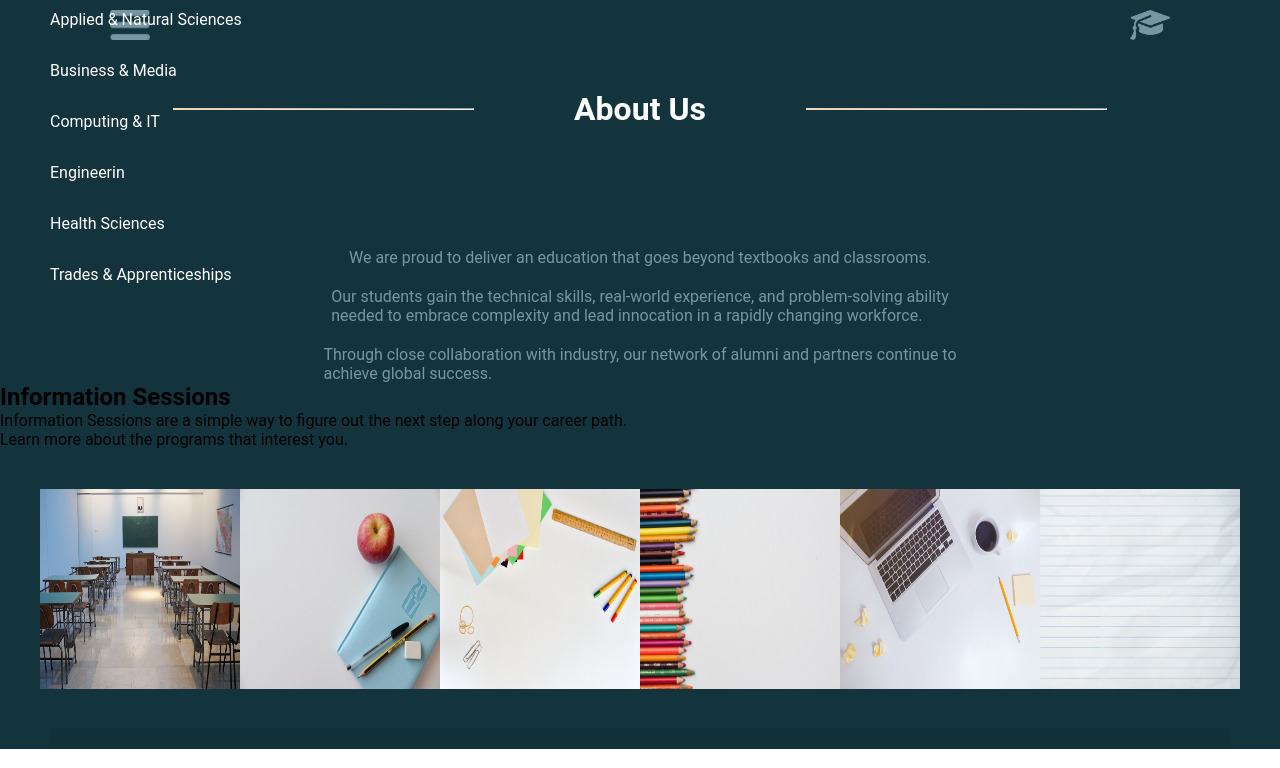
Repository: Sheraliramzan/Aly_A01253508_Assignment1
Page: /about
An editor plug-in stored every save of this project. The page is shown before and after the next save, followed by the edit.
The browser window is 1280 px wide. The pictures show the whole page.
The project was rebuilt for these pictures with package versions that can differ from the ones it lists, and the page was loaded fresh each time. The framework's server and built-in components were replaced by stand-ins that run in the browser. Also part of the build but not shown: next.config.js.

Above is the page before, as saved 2023-02-05 08:49:02.

### pages/about.js
import Head from 'next/head'
import Image from 'next/image'
import styles from '../styles/Home.module.css'
import dynamic from "next/dynamic";
import Nav from '../comp/nav/nav';


const About = () => {
  return (
    <>
      <Head>
        <title>About Us</title>
        <meta name="author" content="MDIA 2109" />
        <meta property="og:title" content= 'Assignment #1 - About Us Page'/>
        <meta property="og:description" content= "BCIT Digital Design and Development Diploma"/>
        <meta name="viewport" content="width=device-width, initial-scale=1" />
        <link rel="icon" href="/favicon.png" />
      </Head>
      <main className={styles.main}>
        <div className="aboutcont">
          <Nav/>
          <div>
              <div className='headcont1'>
                <hr className='hori'></hr>
                <h1 className='header'>About Us</h1>
                <hr className='hori1'></hr>
              </div>
              <div className='paracont'>
                <p className='para2'> We are proud to deliver an education that goes beyond textbooks
                  and classrooms.</p>
                <p className='para2'> Our students gain the technical skills, real-world experience,
                  and problem-solving ability <br /> needed to embrace complexity
                  and lead innocation in a rapidly changing workforce.</p>
                <p className='para2'>Through close collaboration with industry, our network of alumni
                  and partners continue to <br /> achieve global success.</p>
              </div>
                <h2 className='header2'> Information Sessions</h2>
                <p className='para3'> Information Sessions are a simple way to figure out the next
                  step along your career path. <br /> Learn more about the
                programs that interest you.</p>
              <p></p>
              <p></p>
              <p></p>
              <h2></h2>
              <h3></h3>
          </div>
          <div>
            <div id="carouselImage">
                <Image src={"/0.jpg"} width={200} height={200}></Image>
                <Image src={"/1.jpg"} width={200} height={200}></Image>
                <Image src={"/2.jpg"} width={200} height={200}></Image>
                <Image src={"/3.jpg"} width={200} height={200}></Image>
                <Image src={"/4.jpg"} width={200} height={200}></Image>
                <Image src={"/5.jpg"} width={200} height={200}></Image>
            </div >
                  <div id="testOnImageHere">
                    <ul >
                      <li>Applied & Natural Sciences</li>
                      <li>Business & Media</li>
                      <li>Computing & IT</li>
                      <li>Engineerin</li>
                      <li>Health Sciences</li>
                      <li>Trades & Apprenticeships</li>
                    </ul>
                  </div>
          </div>
        </div>
        <a>
            <span>
                <img></img>
                <img></img>
            </span>
        </a>
      </main>
    </>
  )
}
export default dynamic (() => Promise.resolve(About), {ssr: false})

### styles/globals.css


* {
  box-sizing: border-box;
  padding: 0;
  margin: 0;
}

html,
body {
  margin: 0;
  padding: 0;
  font-family: "Roboto", sans-serif;
  scrollbar-width: none;

}
.menuimg{
  margin-left: 100px;
}
.gardimg{
  margin-right: 100px;
}
.navcont {
  display: flex;
  align-items: center;
  justify-content: space-between;
  padding: 10px;
}
.menucont{
  position: absolute;
  top: 0rem;
  left: 4rem;
}
a{
  color: var(--primary-color);
  text-decoration: none;
}

ul {
  display: flex;
  flex-direction: column;
  position: absolute;
  top: 10px;
  left: 50px;
  gap: 2rem;
  text-decoration: none;
}

ul > li {
  list-style-type: none;
  text-decoration: none;
  color: var(--primary-color);
}
.listcont{
  position: absolute;
  display: flex;
  align-items: flex-start;
  left: 3rem;
  top: 3rem;
}

.btncont {
  display: flex;
}

.close {
  background-color: transparent;
  border: none;
  font-size: larger;
  color: var(--primary-color);
}

.fullcont{
  width: 100vw;
  height: 100vh;
  background-image: url("/background-images/backgroundMountain.jpg");
  background-size: cover;
}
.but1{
  margin: 2px;
  padding: 5px 15px;
  background: none;
  border: 1px solid var(--primary-color);
  border-radius: 5px;
  color:var(--primary-color) ;
}
.butcont{
 margin-left: 250px;
}

.but1:hover{
  background-color: var( --primary-color);
  color: var(--quinary-color);
}
.downarrow{
  position: relative;
  left: 650px;
  top:50px;
}
.headcont{
  display: flex;
  flex-direction: column;
  width: 25%;
  margin-top: 320px;
  margin-left: 250px;
}
.headhome{
  color: var(--primary-color);
  font-size: 25px;
  margin-bottom: 10px;
}
.horidiv{
  width: 60%;
  border: 1px solid var(--secondary-color);
  margin-bottom: 10px;
}
.para1{
  color: var(--primary-color);
  font-size:12px;
  width: 100%;
  opacity: 0.8;
}
.aboutcont{
  width: 100%;
  background-color: var( --quaternary-color);
  justify-content: center;
}
.hori{
  border-left: 300px solid var(--secondary-color);
  width: 100px;
  height: 1px;
  margin-right: 100px;
}
.hori1{
  border-left: 300px solid var(--secondary-color);
  width: 100px;
  height: 1px;
  margin-left: 100px;
}
.headcont1{
  text-align: center;
  margin-top: 40px;
  display: flex;
  justify-content: center;
  align-items: center;
}
.header{
  color: var(--primary-color);
}
.paracont{
  display: flex;
  flex-direction: column;
  color: var(--ternary-color);
  justify-content: center;
  align-items: center;
  margin-top: 100px;

}
.para2{
  margin-top: 20px;
}
.head2{
  display: flex;
  flex-direction: column;
  align-items: center;
}
#carouselImage{
  height: 200px;
  background-repeat: no-repeat;
  background-size: cover;
  display: flex;
  justify-content: center;
  align-items: center;
  margin: 40px 0px;
}
#testOnImageHere{
  background-color: rgba(16, 46, 53, 0.5);
  padding: 10px;
  margin: 0px 50px;
}

### styles/variables.css
:root{
    --primary-color:#fff;
    --secondary-color:#f4d6b9;
    --ternary-color: #7796a4;
    --quaternary-color:#14343d;
    --quinary-color:rgba(16,46,53,0.5);
}

### styles/Home.module.css
.main {
  display: flex;
  flex-direction: column;
  justify-content: space-between;
  align-items: center;
}

### comp/nav/nav.js
import Head from 'next/head'
import Image from 'next/image'
import { useState } from 'react'
import { useRouter } from 'next/router'
import Link from 'next/link'

export default function Nav(){
    const [isMenuOpen, setIsMenuOpen] = useState(false);
  const handleClick = () => {
    setIsMenuOpen(!isMenuOpen);
  };
  const router = useRouter();
    return (
    <>
        <div className="navcont">
              <Image alt='menu' className='menuimg'
                src={"/icons/menu-icon.png"}
                width={40}
                height={30}
                onClick={handleClick}
              />
              <Image alt='grad' className='gardimg' src={"/icons/graduation-hat.png"} width={40} height={30} />
          </div>
          {isMenuOpen && (
            <div className="menucont">
              <div className="listcont">
                <div className="btncont">
                  <button className="close" onClick={handleClick}>
                    X
                  </button>
                </div>
                <div>
                  <ul>
                    <li>
                      <a href="#">Home</a>
                    </li>
                    <li>
                      <a href="/about">About</a>
                    </li>
                    <li>
                      <a href="/contact">Contact</a>
                    </li>
                  </ul>
                </div>
              </div>
              <Image alt='bar'
                src={"/background-images/menuBackground.png"}
                width={240}
                height={240}
              />
            </div>
          )}
    </>
    )
}

Loaded but not shown: pages/_app.js (common file); pages/_document.js (common file); pages/api/hello.js (common file)

After the next save:
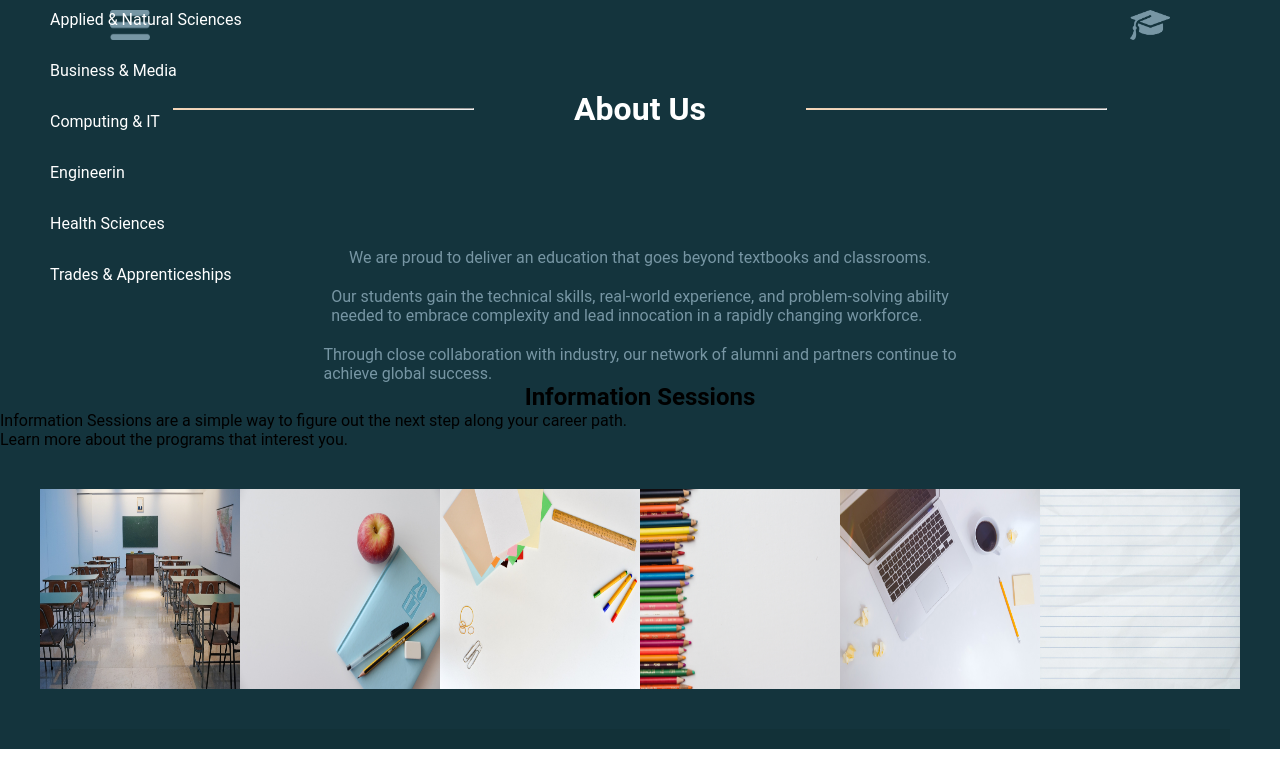
Saved 16 s later.
--- a/styles/globals.css
+++ b/styles/globals.css
@@ -159,7 +159,7 @@ ul > li {
 .para2{
   margin-top: 20px;
 }
-.head2{
+.header2{
   display: flex;
   flex-direction: column;
   align-items: center;
